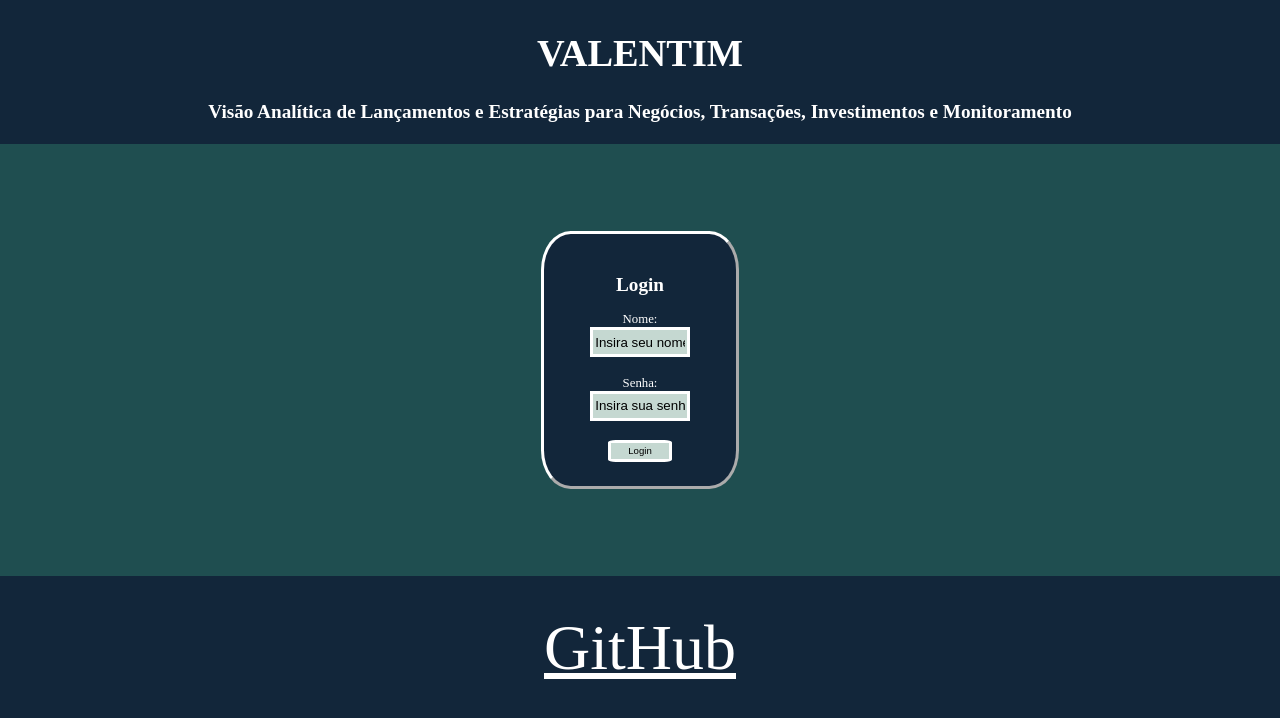
Repository: Matheus-Lacerda009/ERP-Financeiro
Page: Front/index.html
These files come from the project's save history. The page is drawn as it stood at one moment and after the next save; the edit follows.
The browser window is 1280 px wide. The pictures show the whole page.

Above is the page before, as saved 2026-07-13 18:59:08.

After the next save:
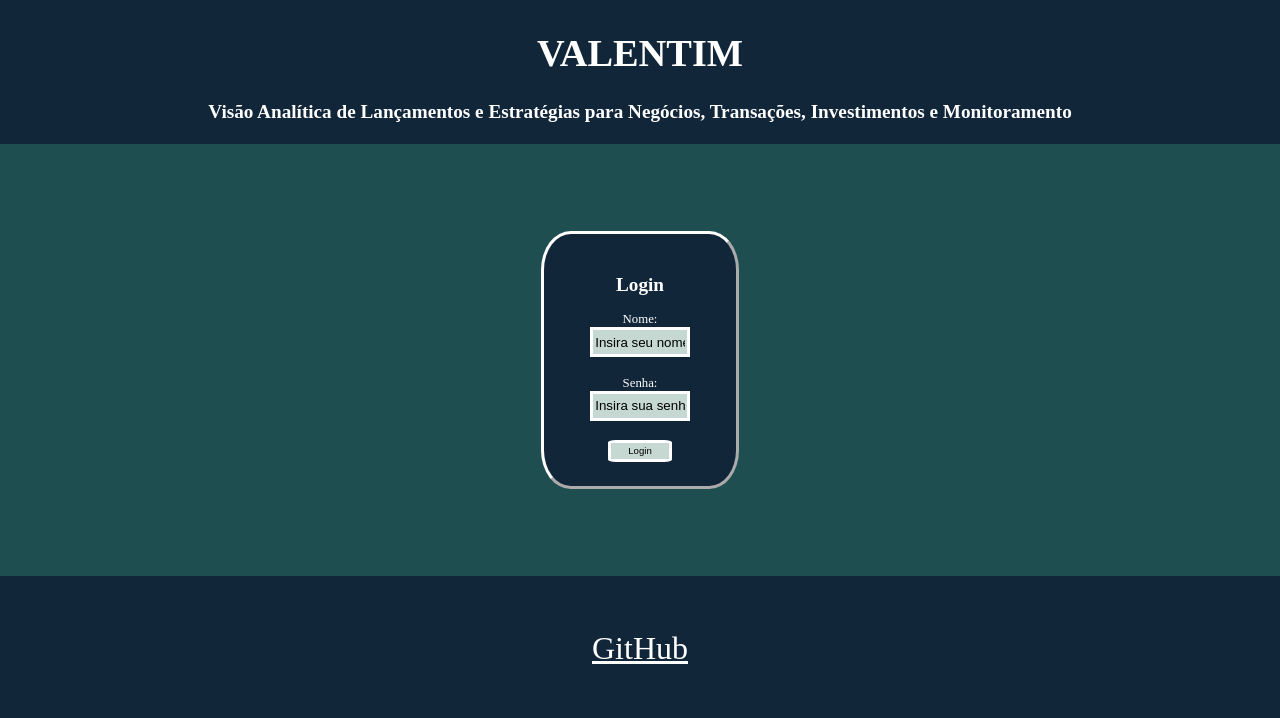
Saved 7 s later.
--- a/Front/index.css
+++ b/Front/index.css
@@ -20,7 +20,7 @@ footer{
     align-content: center;
 }
 
-footer, a{
+#github{
     color: white;
     font-size: 200%;
 }
